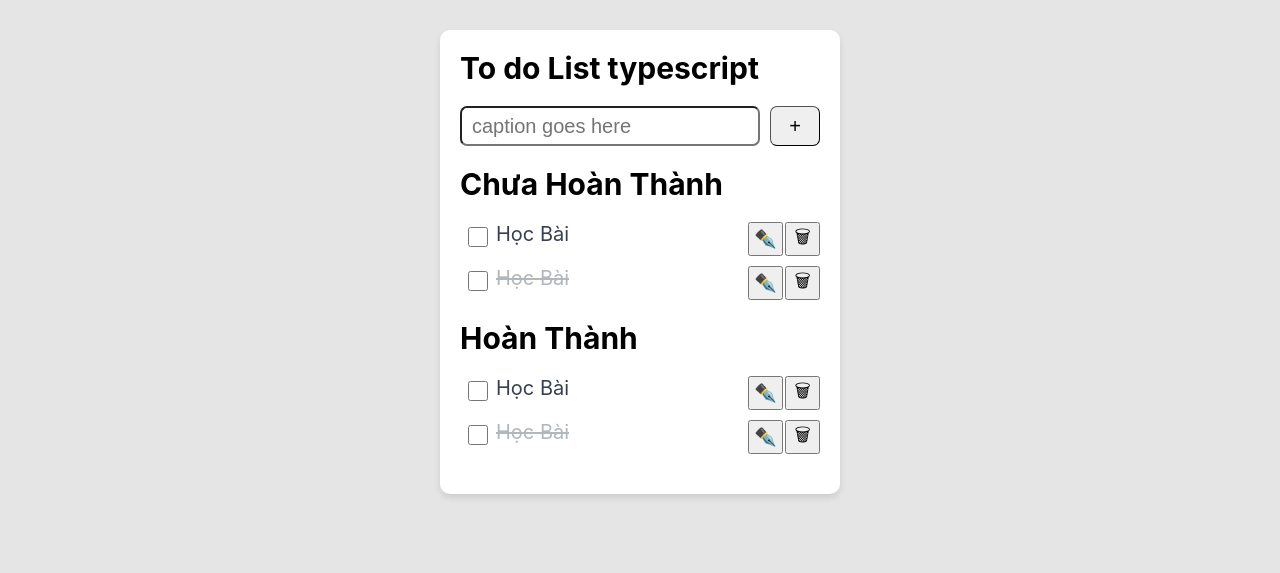
Repository: hungdomanh95/focus
Page: /
These files come from the project's save history. The page is drawn as it stood at one moment and after the next save; the edit follows.
The browser window is 1280 px wide. The pictures show the whole page.
The project was rebuilt for these pictures with package versions that can differ from the ones it lists, and the page was loaded fresh each time.

Above is the page before, as saved 2023-04-06 23:49:56.

### src/index.css
*{
 margin:0;
 padding:0;
 box-sizing: border-box;
}
html{
  font-size: 10px;
  --font-size:2rem
}
body {
  margin: 0;
  font-size: var(--font-size);
  font-family: -apple-system, BlinkMacSystemFont, 'Segoe UI', 'Roboto', 'Oxygen',
    'Ubuntu', 'Cantarell', 'Fira Sans', 'Droid Sans', 'Helvetica Neue',
    sans-serif;
  -webkit-font-smoothing: antialiased;
  -moz-osx-font-smoothing: grayscale;
  background-color: #e5e5e5;
}
input, button{
  font-size: var(--font-size);
  outline: 0;
}
code {
  font-family: source-code-pro, Menlo, Monaco, Consolas, 'Courier New',
    monospace;
}
.mb-2{
  margin-bottom: 2rem;
}

### src/App.tsx
import React, { useState } from "react";
import PushNotification from "./components/PushNotification";
import TodoList from "./components/TodoList";
function App() {

  return (
    <div className="App">
      {/* <PushNotification/> */}
      <TodoList/>
    </div>
  );
}

export default App;

### src/components/TodoList/index.ts
import TodoList from "./TodoList";

export default TodoList

### src/components/TodoList/TodoList.tsx
import React, { useState } from 'react'
import { Todo } from '../../@types/todo.type'
import TaskInput from '../TaskInput'
import TaskList from '../TaskList'
import styles from './todoList.module.scss'
function TodoList() {
  const [todos, setTodos] = useState<Todo[]>([])

  const doneTodos = todos.filter((todo) => todo.done)
  const notDoneTodos = todos.filter((todo) => !todo.done)

  const addTodo = (name: string) => {
    const todo: Todo = {
      name,
      done: false,
      id: new Date().toISOString()
    }
    setTodos((prev) => [...prev, todo])
  }

  const handleDoneTodo = (id: string, done: boolean) => {
    setTodos((prev) => {
      return prev.map((item) => {
        if (item.id === id) {
          return { ...item, done }
        }
        return item
      })
    })
  }
  console.log('todos: ', todos)

  return (
    <div className={styles.todoList}>
      <div className={styles.todoListContainer}>
        <TaskInput addTodo={addTodo} />
        <TaskList todos={notDoneTodos} handleDoneTodo={handleDoneTodo} />
        <TaskList doneTaskList todos={doneTodos} handleDoneTodo={handleDoneTodo} />
      </div>
    </div>
  )
}

export default TodoList

### src/components/TaskInput/index.ts
import TaskInput from "./TaskInput";

export default TaskInput

### src/components/TaskList/index.ts
import TaskList from "./TaskList";

export default TaskList

### src/components/TodoList/todoList.module.scss
.todoList{
  padding:3rem
}
.todoListContainer{
  background-color: #fff;
  max-width: 40rem;
  padding:2rem;
  margin-left: auto;
  margin-right: auto;
  border-radius: 1rem;
  box-shadow: 0px 4px 6px rgba(0,0,0,0.1);
}

### src/components/TaskInput/TaskInput.tsx
import React from 'react'
import styles from "./taskInput.module.scss"
function TaskInput() {
  return (
    <div className='mb-2'>
      <h1 className={styles.title}>
        To do List typescript
      </h1>
      <form className={styles.form}>
        <input type="text" placeholder='caption goes here' />
        <button type="submit" >+</button>
      </form>
    </div>
  )
}

export default TaskInput

### src/components/TaskList/TaskList.tsx
import React from 'react'
import styles from './taskList.module.scss'
interface TaskListProps{
  doneTaskList:boolean
}
function TaskList(props:TaskListProps) {
  const {doneTaskList} = props
  return (
    <div className='mb-2'>
      <h2 className={styles.title}>{ doneTaskList ? "Hoàn Thành" : "Chưa Hoàn Thành"}</h2>
      <div className={styles.tasks}>
        <div className={styles.task}>
          <input type='checkbox' className={styles.taskCheckbox} />
          <span className={styles.taskName}>Học Bài</span>
          <div className={styles.taskAction}>
            <button className={styles.taskBtn}>✒️</button>
            <button className={styles.taskBtn}>🗑</button>
          </div>
        </div>
        <div className={styles.task}>
          <input type='checkbox' className={styles.taskCheckbox} />
          <span className={`${styles.taskName} ${styles.taskNameDone}`}>Học Bài</span>
          <div className={styles.taskAction}>
            <button className={styles.taskBtn}>✒️</button>
            <button className={styles.taskBtn}>🗑</button>
          </div>
        </div>
      </div>
    </div>
  )
}

export default TaskList

### src/components/TaskInput/taskInput.module.scss
.title {
  font-size: 3rem;
  margin-bottom: 2rem;
}
.form {
  display: flex;
  align-items: center;
  input {
    height: 4rem;
    flex-grow: 1;
    margin-right: 1rem;
    border-radius: 0.7rem;
    padding: 0 1rem;
    border-width: 2px;
  }
  button {
    flex-shrink: 0;
    width: 5rem;
    height: 4rem;
    border-radius: 0.7rem;
    display: flex;
    justify-content: center;
    align-items: center;
    padding: 0;
    border-width: 1px;
  }
}

### src/components/TaskList/taskList.module.scss

.title{
  margin-bottom: 2rem;
}
.task{
  display: flex;
  align-items: flex-start;
  &:not(:last-child){
    margin-bottom: 1rem;
  }
}
.taskCheckbox{
  flex:0 0 10%;
  max-width: 10%;
  height: 2rem;
  margin-top: 0.5rem;
}
.taskName{
  flex:0 0 70%;
  max-width: 70%;
  padding:0 0 0.5rem;
  color:#383f50;
  &.taskNameDone{
    color:#b2b7bb;
    text-decoration: line-through;
  }
}
.taskAction{
  flex:0 0 20%;
  max-width: 20%;
  display: flex;
  justify-content: space-between;
}
.taskBtn{
  flex:0 0 3.5rem;
  max-width: 3.5rem;
  font-size: 1.8rem;
}

Loaded but not shown: public/index.html (common file); src/index.tsx (common file); src/reportWebVitals.ts (common file)

After the next save:
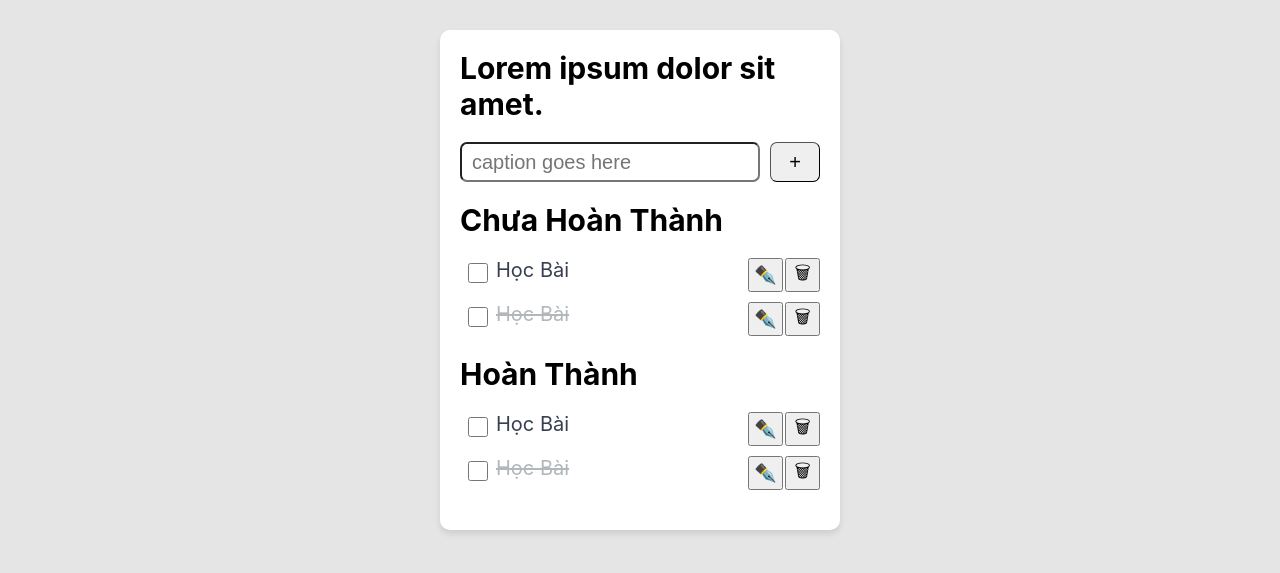
Saved 8 h 8 min later.
--- a/src/components/TaskInput/TaskInput.tsx
+++ b/src/components/TaskInput/TaskInput.tsx
@@ -4,7 +4,7 @@ function TaskInput() {
   return (
     <div className='mb-2'>
       <h1 className={styles.title}>
-        To do List typescript
+        Lorem ipsum dolor sit amet.
       </h1>
       <form className={styles.form}>
         <input type="text" placeholder='caption goes here' />
